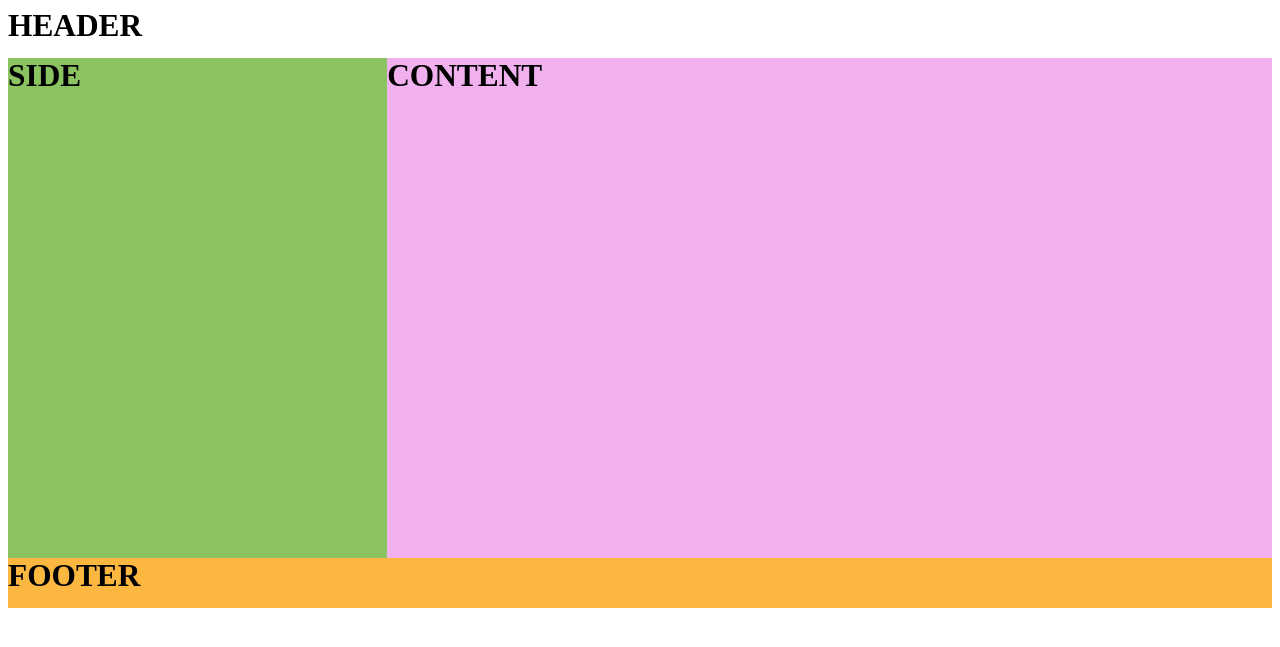
Repository: DuongThanhLong/Basic-responsive-HTML--CSS
Page: Flexbox/index.html
The author's editor kept a copy of each file at every save. The page is drawn from the files as they stood at one save, then again after the next save.
The browser window is 1280 px wide. The pictures show the whole page.

Above is the page before, as saved 2021-09-21 18:12:48.

### Flexbox/index.html
<!DOCTYPE html>
<html lang="en">

<head>
    <meta charset="UTF-8">
    <meta http-equiv="X-UA-Compatible" content="IE=edge">
    <meta name="viewport" content="width=device-width, initial-scale=1.0">
    <title>Flexbox</title>
    <style>
        * {
            box-sizing: inherit;
            font-size: 1.4rem;
        }

        header {
            font-weight: bold;
            background-color: rgb(red, green, blue);
            height: 50px;
        }

        .center {
            display: flex;
            height: 500px;
        }

        .side {
            font-weight: bold;
            width: 30%;
            background-color: #8BC360;
        }

        .content {
            font-weight: bold;
            width: 70%;
            background-color: #F1B1EE;
        }

        footer {
            font-weight: bold;
            background-color: #FCB741;
            height: 50px;
        }
    </style>
</head>

<body>
    <header>HEADER</header>
    <div class="center">
        <div class="side">SIDE</div>
        <div class="content">CONTENT</div>
    </div>
    <footer>FOOTER</footer>
</body>

</html>

After the next save:
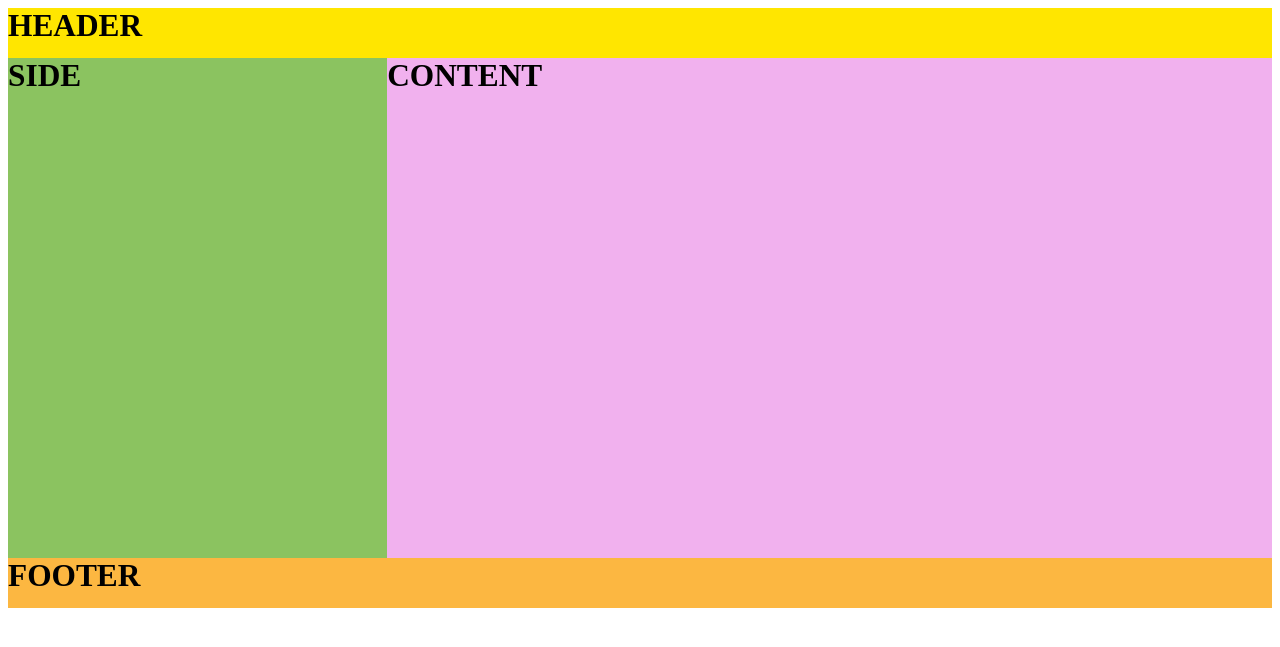
Saved 60 s later.
--- a/Flexbox/index.html
+++ b/Flexbox/index.html
@@ -14,7 +14,7 @@
 
         header {
             font-weight: bold;
-            background-color: rgb(red, green, blue);
+            background-color: rgb(255, 230, 0);
             height: 50px;
         }
 
